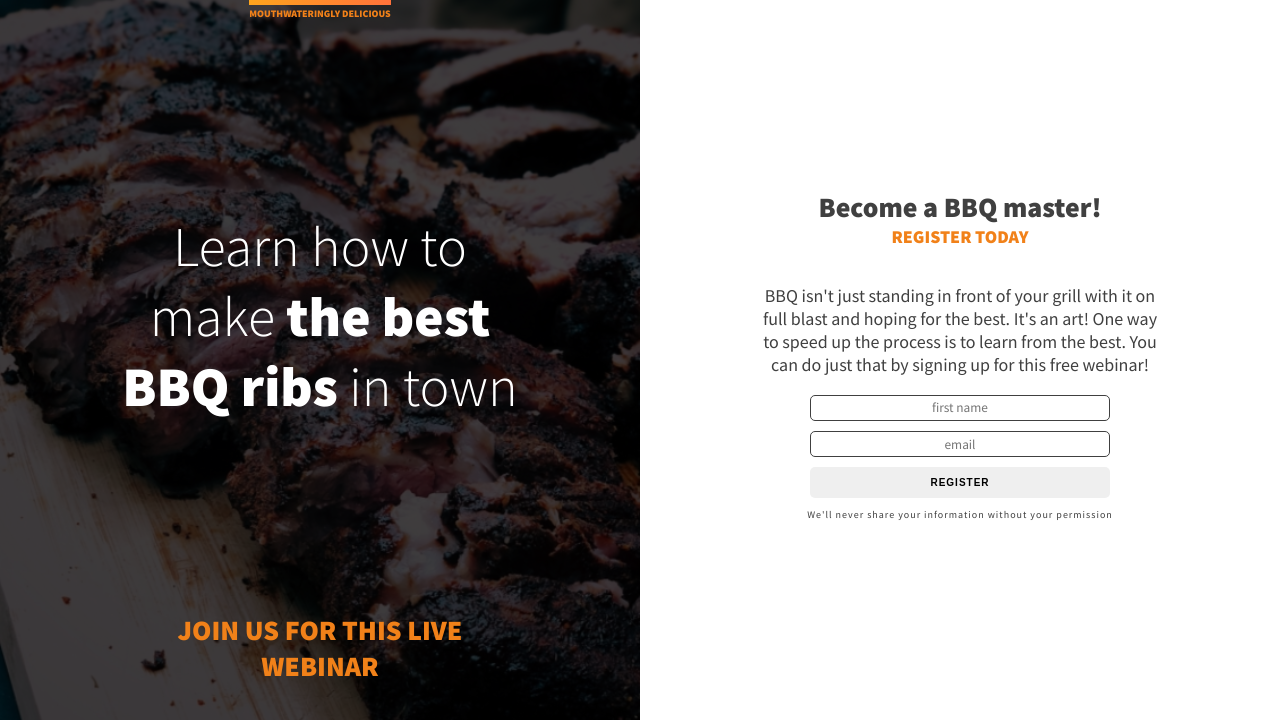
Repository: Doumham-Armah/BBQ-landing-page
Page: index.html
These files come from the project's save history. The page is drawn as it stood at one moment and after the next save; the edit follows.
The browser window is 1280 px wide. The pictures show the whole page.

Above is the page before, as saved 2021-09-04 22:45:50.

### index.html
<!DOCTYPE html>
<html lang="en">
  <head>
    <link
      href="https://fonts.googleapis.com/css?family=Source+Sans+Pro:300,400,900&display=swap"
      rel="stylesheet"
    />
    <link href="styles.css" rel="stylesheet" />

    <title>BBQ Page</title>
  </head>

  <body>
    <section class="intro">
      <p class="top-text">Mouthwateringly delicious</p>
      <h1>Learn how to make <strong>the best BBQ ribs</strong> in town</h1>
      <p>Join us for this live webinar</p>
    </section>

    <section class="main-content">
      <h2>Become a BBQ master!</h2>
      <p>Register Today</p>
      <p>
        BBQ isn't just standing in front of your grill with it on full blast and
        hoping for the best. It's an art! One way to speed up the process is to
        learn from the best. You can do just that by signing up for this free
        webinar!
      </p>
      <form class="email-collector" action="#">
        <input type="text" placeholder="first name" required />
        <input type="email" placeholder="email" required />
        <button type="submit" class="btn btn-register">Register</button>
      </form>

      <p class="fine-print">
        We'll never share your information without your permission
      </p>
    </section>
  </body>
</html>

### styles.css
/*  font-family: 'Source Sans Pro', sans-serif;  */

* {
  box-sizing: border-box;
}

body {
  margin: 0;
  font-family: "Source Sans Pro", sans-serif;
  font-size: 1rem;
  color: #404040;
  text-align: center;
}

/* =================
 Typography
 ================= */

h1 {
  font-size: 2.25rem;
  font-weight: 300;
  color: #fff;
  margin: 0;
}

h1 + p {
  color: #f18119;
  font-weight: 900;
  font-size: 1.3125rem;
  text-transform: uppercase;
  margin: 0;
}

h2 {
  font-size: 1.3125rem;
  margin: 0;
}

h2 + p {
  font-weight: 900;
  color: #f18119;
  margin-top: 0;
  text-transform: uppercase;
}

.top-text {
  font-size: 0.625rem;
  margin: 0;
  padding-top: 2px;
  color: #f18119;
  font-weight: 900;
  text-transform: uppercase;
  order: -1;
  border-top: 5px solid #f18119;
  border-image: linear-gradient(to left, #ff713b, #ffa51d) 1;
}

.fine-print {
  font-size: 0.625rem;
  letter-spacing: 1px;
}

strong {
  font-weight: 900;
}

/* =================
 Intro section
 ================= */

.intro {
  background-image: url(images/ribs.jpg);
  background-color: #404040;
  background-blend-mode: multiply;
  background-size: cover;
  background-position: center;
  padding: 0 0.5em 2em;
  display: flex;
  flex-direction: column;
  justify-content: space-between;
  min-height: 50vh;
}

/* =================
 main-content section
 ================= */

.main-content {
  padding: 2em 1em;
}

.intro > *,
.main-content > * {
  max-width: 400px;
  margin-left: auto;
  margin-right: auto;
}

/* =================
 form
 ================= */

.email-collector {
  width: 80%;
  max-width: 300px;
}

input,
.btn {
  width: 100%;
  border-radius: 5px;
}

input {
  font-family: inherit;
  text-align: inherit;
  margin-bottom: 0.75em;
  padding: 0.25em;
  border: 1px solid #404040;
  transform: scale(1);
  transition: transform 250ms;
}

input:focus {
  transform: scale(1.1);
}

.btn {
  display: inline-block;
  padding: 1em 1.5em;
  font-size: 0.625rem;
  text-transform: uppercase;
  font-weight: 900;
  letter-spacing: 1px;
  border: 0;
  cursor: pointer;
}

.btn-primary {
  background-image: linear-gradient(to left, #ff713b, #ffa51d);
  color: white;
  transform: scale(1);
  transition: transform 250ms;
}

.btn-primary:hover,
.btn-primary:focus {
  transform: scale(1.1);
}

/* =================
 media queries
 ================= */

@media (min-width: 500px) {
  body {
    font-size: 1.125rem;
    display: flex;
  }

  h1 {
    font-size: 3.5rem;
  }

  h2,
  h1 + p {
    font-size: 1.75rem;
  }

  .intro,
  .main-content {
    width: 50%;
    min-height: 100vh;
  }

  .main-content {
    display: flex;
    flex-direction: column;
    justify-content: center;
  }
}

After the next save:
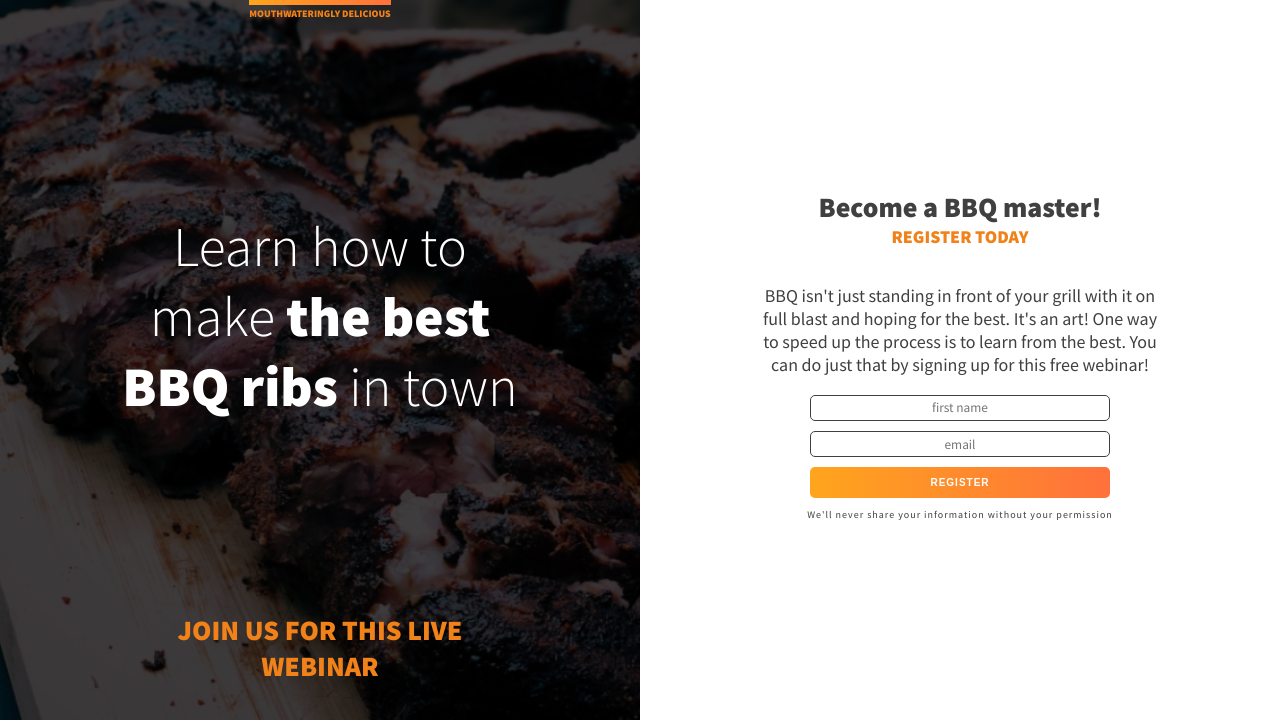
Saved 47 s later.
--- a/index.html
+++ b/index.html
@@ -29,7 +29,7 @@
       <form class="email-collector" action="#">
         <input type="text" placeholder="first name" required />
         <input type="email" placeholder="email" required />
-        <button type="submit" class="btn btn-register">Register</button>
+        <button type="submit" class="btn btn-primary">Register</button>
       </form>
 
       <p class="fine-print">
